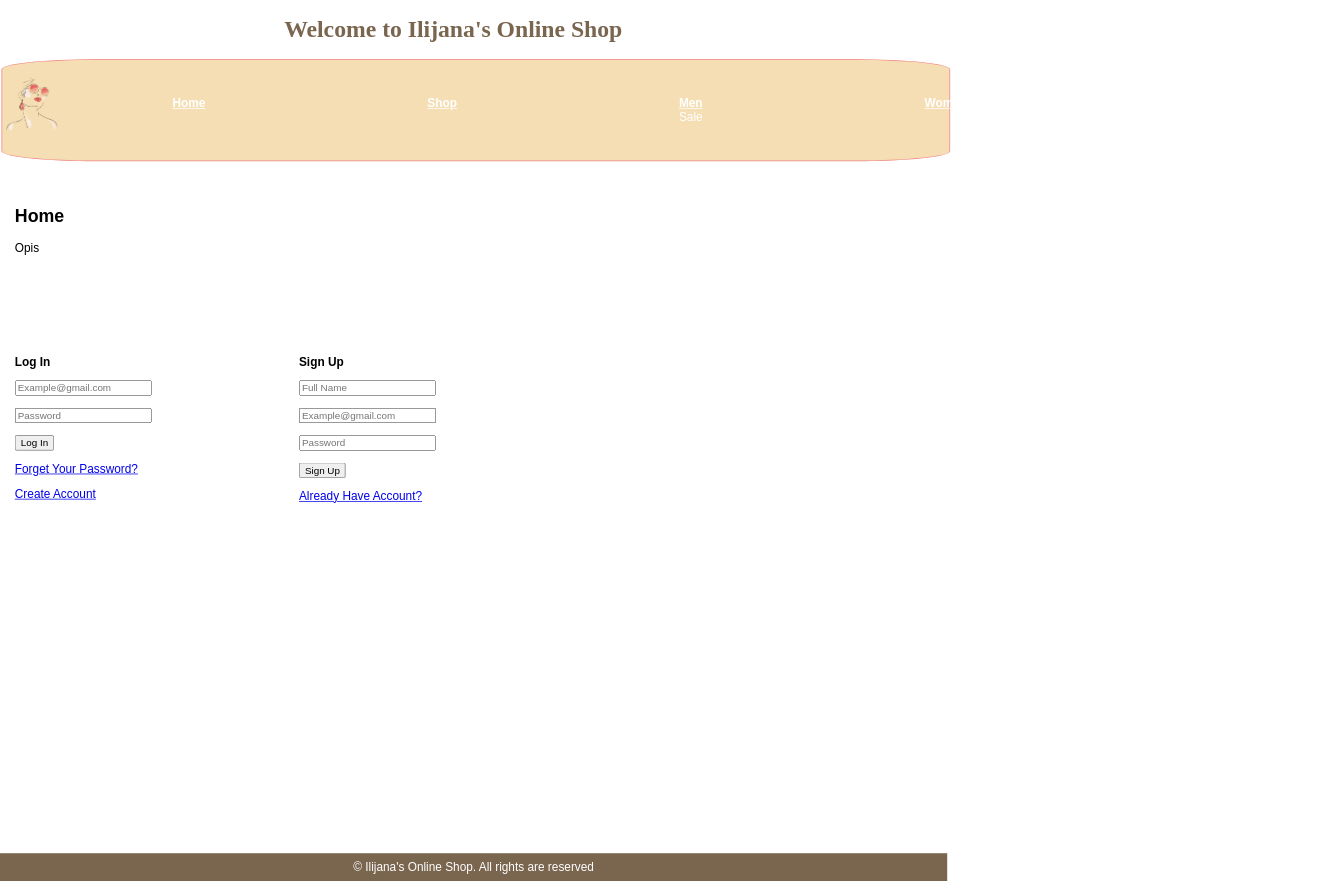
Repository: ilijana123/Proekt1
Page: html.html
The author's editor kept a copy of each file at every save. The page is drawn from the files as they stood at one save, then again after the next save.
The browser window is 1280 px wide. The page is 1801 px wide, so the pictures cover 1801 px, including what lies to the right of the window. The pictures show the whole page, at 74% of full size.

Above is the page before, as saved 2023-11-13 02:13:34.

After the next save:
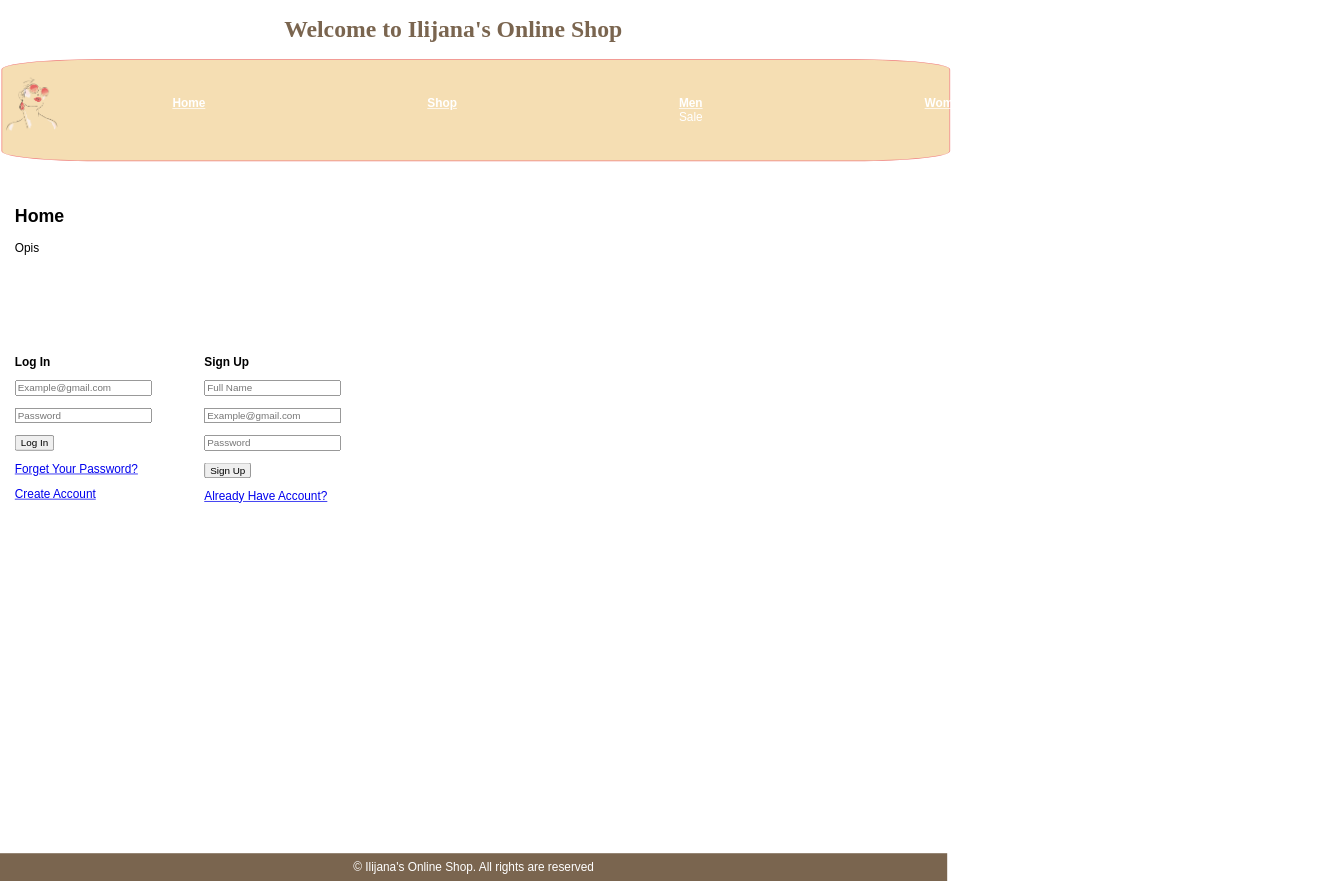
Saved 7 s later.
--- a/1.css
+++ b/1.css
@@ -75,7 +75,7 @@ h1  {
 
     .login-form,
     .sign-up-form {
-        width: 30%;
+        width: 20%;
         padding: 20px;
         box-sizing: border-box;
     }
